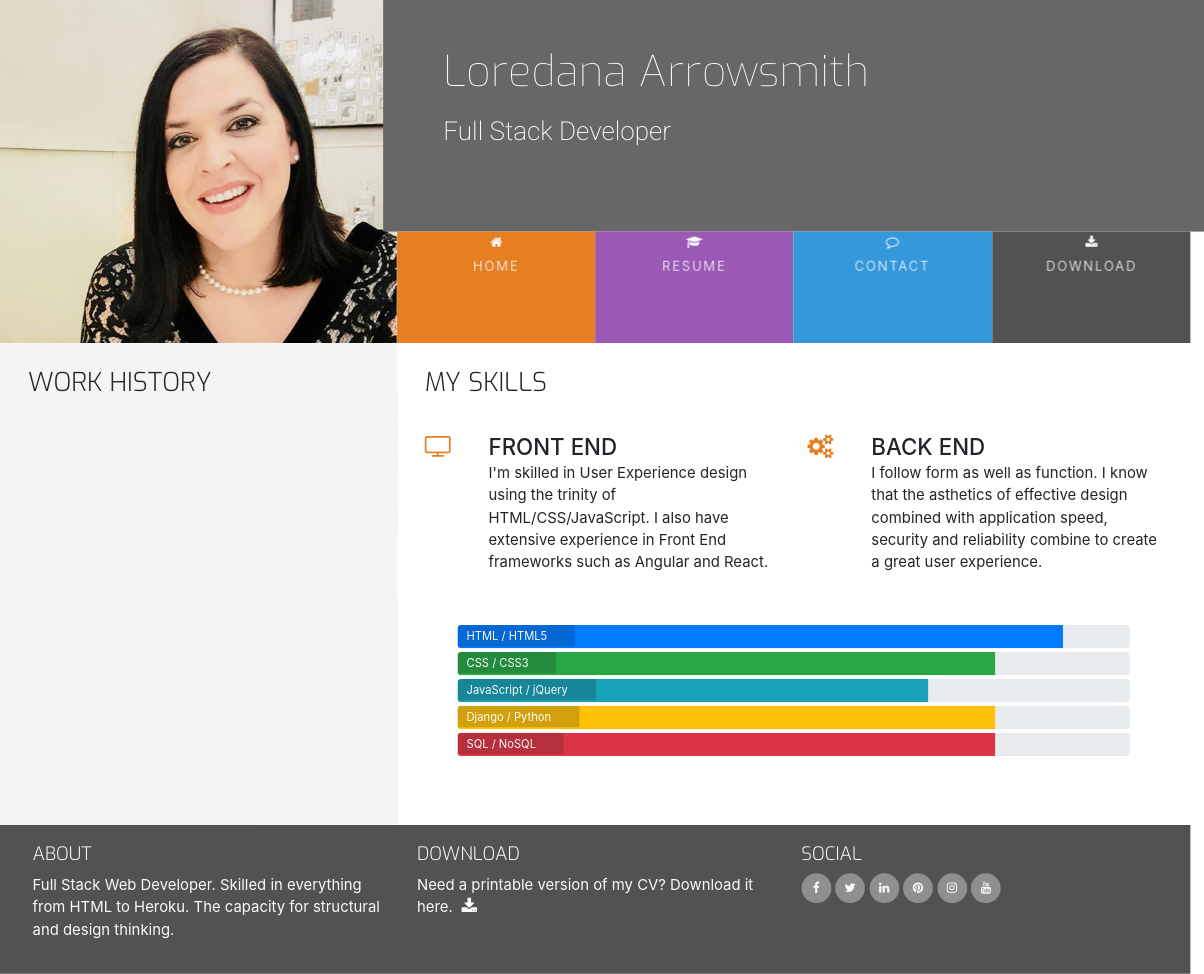
Repository: lolalongo11/Loredana-Resume
Page: resume.html
The author's editor kept a record of every edit. The page is drawn from the files as they stood at one moment, then again after the next edit.
The browser window is 1280 px wide. The page is 1295 px wide, so the pictures cover 1295 px, including what lies to the right of the window. The pictures show the whole page, at 93% of full size.

Above is the page before.

After the next edit:
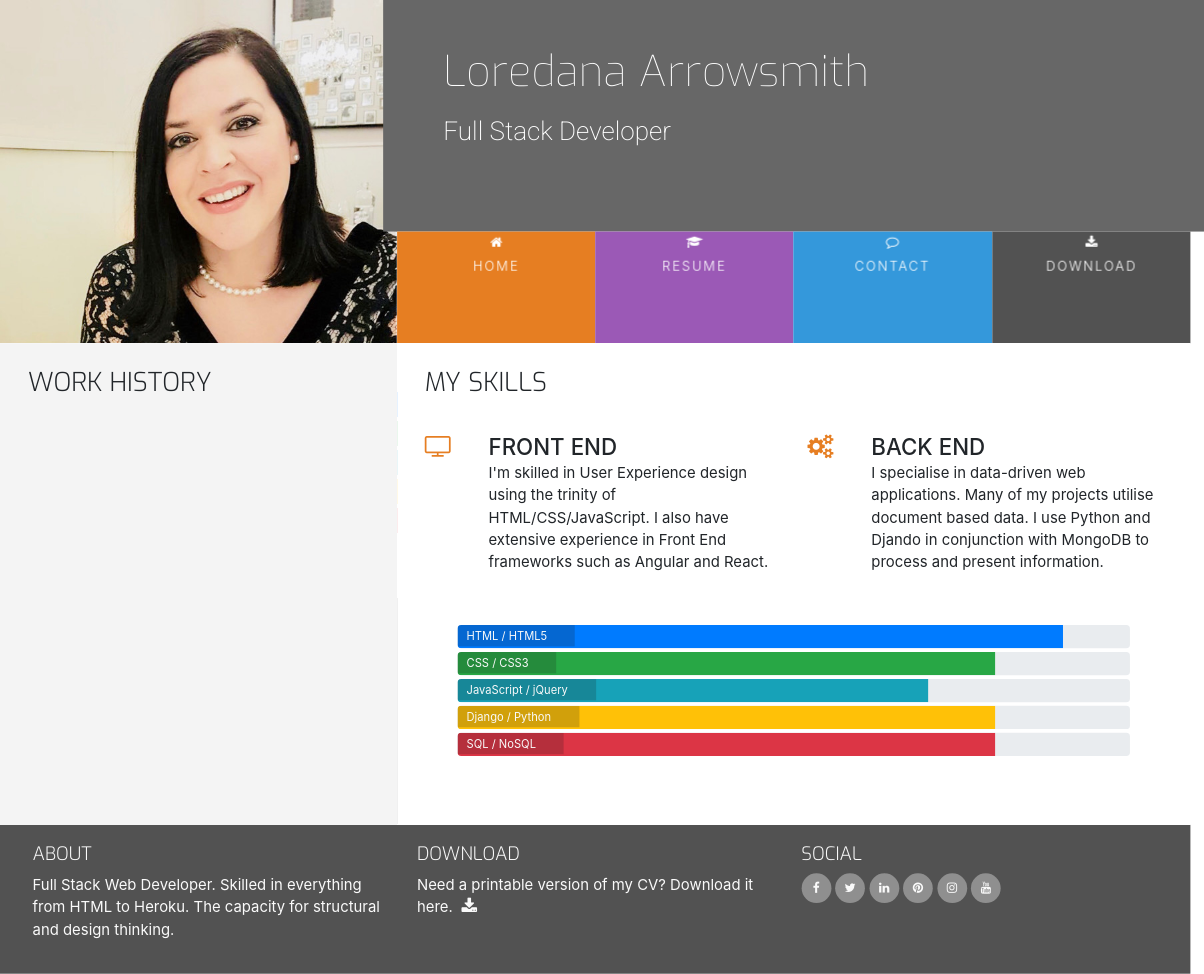
The edit:
--- a/resume.html
+++ b/resume.html
@@ -85,7 +85,8 @@
                             <div class="col-10">
                                 <h4 class="three-reasons-heading uppercase">Back End</h4>
                                 <p>
-                                    I follow form as well as function. I know that the asthetics of effective design combined with application speed, security and reliability combine to create a great user experience.
+                                    I specialise in data-driven web applications. Many of my projects utilise document
+                                    based data. I use Python and Djando in conjunction with MongoDB to process and present information.
                                 </p>
                             </div>
                         </div>
